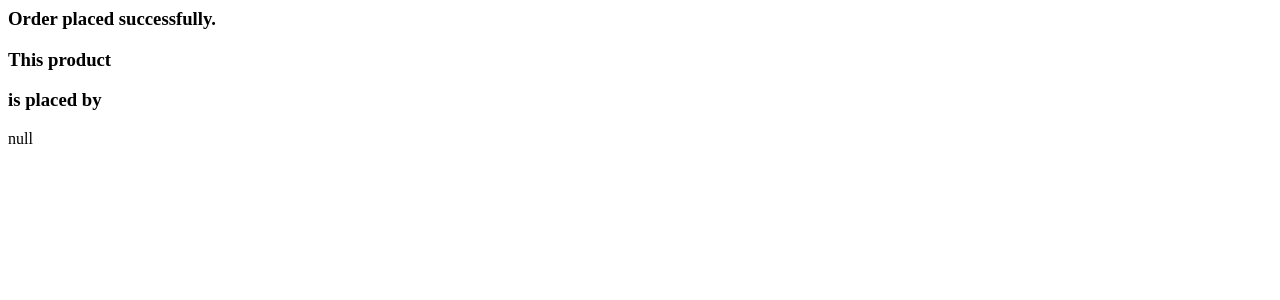
Repository: sowmini-nats/git-spring-project
Page: http://localhost/MyDemoP/ConfirmationServlet
These files come from the project's save history. The page is drawn as it stood at one moment and after the next save; the edit follows.
The browser window is 1280 px wide. The pictures show the whole page.
The page is served by Tomcat 9. Other server files are loaded and not shown.

Above is the page before, as saved 2023-10-16 05:02:28.

### eclipse-workspace-servlet/MyDemoP/src/main/java/demo/ConfirmationServlet.java
package demo;

import java.io.IOException;
import java.io.PrintWriter;

import javax.servlet.RequestDispatcher;
import javax.servlet.ServletException;
import javax.servlet.annotation.WebServlet;
import javax.servlet.http.HttpServlet;
import javax.servlet.http.HttpServletRequest;
import javax.servlet.http.HttpServletResponse;

/**
 * Servlet implementation class ConfirmationServlet
 */
@WebServlet("/ConfirmationServlet")
public class ConfirmationServlet extends HttpServlet {
	private static final long serialVersionUID = 1L;

    /**
     * @see HttpServlet#HttpServlet()
     */
    public ConfirmationServlet() {
        super();
        // TODO Auto-generated constructor stub
    }

	/**
	 * @see HttpServlet#doGet(HttpServletRequest request, HttpServletResponse response)
	 */
	protected void doGet(HttpServletRequest request, HttpServletResponse response) throws ServletException, IOException {
		// TODO Auto-generated method stub
		//response.getWriter().append("Served at: ").append(request.getContextPath());
		PrintWriter out = response.getWriter();
		//out.println(getServletContext().getAttribute("User"));
		String product_name=request.getParameter("name");
		response.setContentType("text/html");
		out.println("<h3>Order placed successfully.</h3>");
		out.println("<h3>This product </h3>"+"<h3>is placed by </h3>"+getServletContext().getAttribute("User"));

	}

	/**
	 * @see HttpServlet#doPost(HttpServletRequest request, HttpServletResponse response)
	 */
	protected void doPost(HttpServletRequest request, HttpServletResponse response) throws ServletException, IOException {
		// TODO Auto-generated method stub
		doGet(request, response);
	}

}

After the next save:
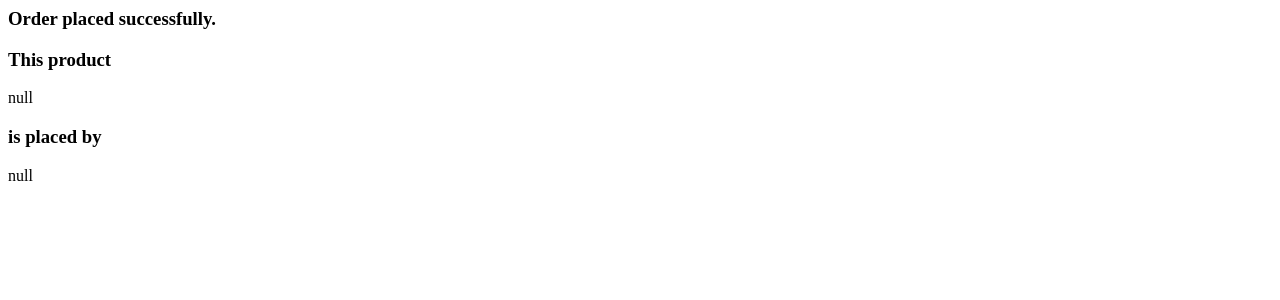
Saved 49 s later.
--- a/eclipse-workspace-servlet/MyDemoP/src/main/java/demo/ConfirmationServlet.java
+++ b/eclipse-workspace-servlet/MyDemoP/src/main/java/demo/ConfirmationServlet.java
@@ -36,7 +36,7 @@ public class ConfirmationServlet extends HttpServlet {
 		String product_name=request.getParameter("name");
 		response.setContentType("text/html");
 		out.println("<h3>Order placed successfully.</h3>");
-		out.println("<h3>This product </h3>"+"<h3>is placed by </h3>"+getServletContext().getAttribute("User"));
+		out.println("<h3>This product </h3>"+product_name+"<h3>is placed by </h3>"+getServletContext().getAttribute("User"));
 
 	}
 
